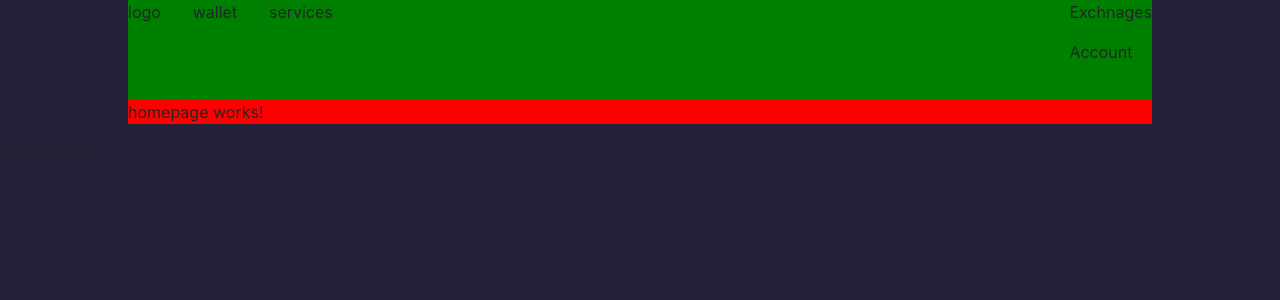
Repository: YuriyBen/Corzbank
Page: / (app in Corzbank.Web/ClientApp/)
These files come from the project's save history. The page is drawn as it stood at one moment and after a run of saves; the edit follows.
The browser window is 1280 px wide. The pictures show the whole page.
The project was rebuilt for these pictures with package versions that can differ from the ones it lists, and the page was loaded fresh each time. Also part of the build but not shown: Corzbank.Web/ClientApp/angular.json.

Above is the page before, as saved 2022-05-19 18:29:24.

### Corzbank.Web/ClientApp/src/index.html
<!DOCTYPE html>
<html lang="en">
  <head>
    <meta charset="utf-8" />
    <title>Corzbank.Web</title>
    <base href="/" />

    <meta name="viewport" content="width=device-width, initial-scale=1" />
    <link rel="icon" type="image/x-icon" href="favicon.ico" />
  </head>
  <body>
    <app-root>Loading...</app-root>
  </body>
</html>

### Corzbank.Web/ClientApp/src/styles.css
/* You can add global styles to this file, and also import other style files */

/* Provide sufficient contrast against white background */
a {
  color: #0366d6;
}

code {
  color: #e01a76;
}

.btn-primary {
  color: #fff;
  background-color: #1b6ec2;
  border-color: #1861ac;
}
body{
  background-color: #24203A;
}
.container{
  background-color: red;
  padding: 0;
  width: 80%;
}

### Corzbank.Web/ClientApp/src/app/app.module.ts
import { BrowserModule } from '@angular/platform-browser';
import { NgModule } from '@angular/core';
import { FormsModule } from '@angular/forms';
import { HttpClientModule, HTTP_INTERCEPTORS } from '@angular/common/http';
import { RouterModule } from '@angular/router';

import { AppComponent } from './app.component';
import { HomepageComponent } from './homepage/homepage.component';
import { HeaderComponent } from './header/header.component';
import { FooterComponent } from './footer/footer.component';

@NgModule({
  declarations: [
    AppComponent,
    HomepageComponent,
    HeaderComponent,
    FooterComponent
  ],
  imports: [
    BrowserModule.withServerTransition({ appId: 'ng-cli-universal' }),
    HttpClientModule,
    FormsModule,
    RouterModule.forRoot([
      { path: '', component: HomepageComponent, pathMatch: 'full' },
    ])
  ],
  providers: [],
  bootstrap: [AppComponent]
})
export class AppModule { }

### Corzbank.Web/ClientApp/src/app/app.component.html
<body>
  <div class="container">
    <app-header></app-header>
    <router-outlet></router-outlet>
  </div>
  <app-footer></app-footer>
</body>

### Corzbank.Web/ClientApp/src/app/homepage/homepage.component.html
<p>homepage works!</p>

### Corzbank.Web/ClientApp/src/app/header/header.component.html
<div class="header">
    <div class="left-block">
        <div class="logo">
            <p>logo</p>
        </div>
        <p>wallet</p>
        <p>services</p>
    </div>
    <div class="right-block">
        <p>Exchnages</p>
        <p>Account</p>
    </div>
</div>

### Corzbank.Web/ClientApp/src/app/header/header.component.scss
body{
    background-color: red;
    height: 200px;
}
.header{
    background-color: green;
    height: 100px;
    display: flex;
    justify-content: space-between;
}
.left-block{
    display: flex;
    justify-content: space-between;
    width: 20%;
}

Loaded but not shown: Corzbank.Web/ClientApp/src/main.ts (common file); Corzbank.Web/ClientApp/src/environments/environment.ts (common file); Corzbank.Web/ClientApp/src/app/app.component.ts (common file); Corzbank.Web/ClientApp/src/app/homepage/homepage.component.ts (common file); Corzbank.Web/ClientApp/src/app/header/header.component.ts (common file); Corzbank.Web/ClientApp/src/app/footer/footer.component.ts (common file); Corzbank.Web/ClientApp/src/app/footer/footer.component.html (common file); Corzbank.Web/ClientApp/src/app/footer/footer.component.scss (no stored copy; drawn as an empty file); Corzbank.Web/ClientApp/src/app/homepage/homepage.component.scss (no stored copy; drawn as an empty file)

After the next 3 saves:
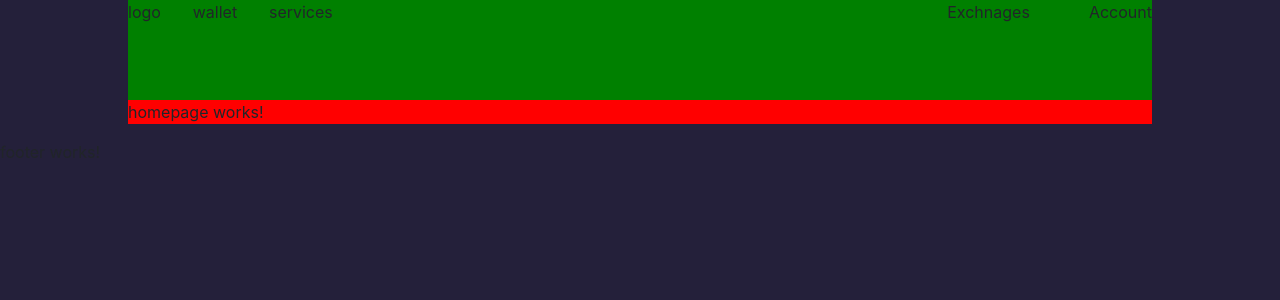
The 3 saves are shown as one change because they came seconds apart.
The last was saved 9 s later.
--- a/Corzbank.Web/ClientApp/src/app/header/header.component.scss
+++ b/Corzbank.Web/ClientApp/src/app/header/header.component.scss
@@ -13,3 +13,8 @@ body{
     justify-content: space-between;
     width: 20%;
 }
+.right-block{
+    display: flex;
+    justify-content: space-between;
+    width: 20%;
+}
